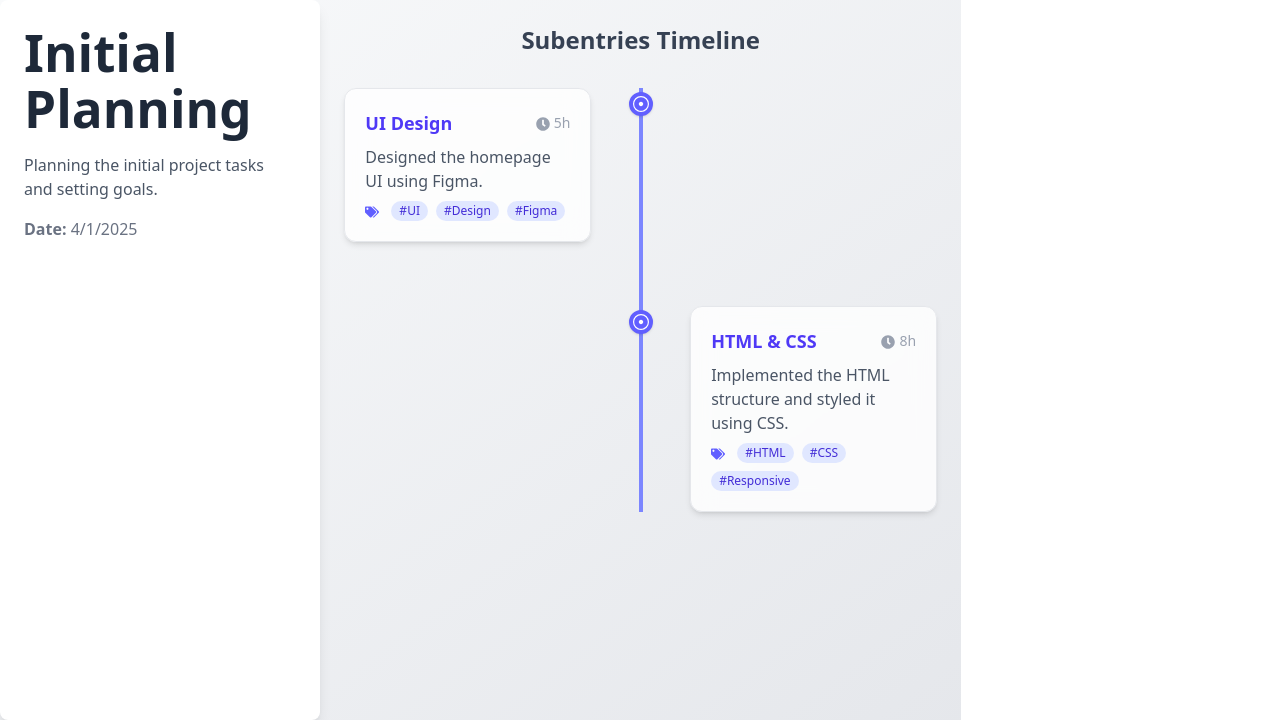
Repository: mohitagrawal0412/Workify
Page: /entryDetails (app in client/)
The author's editor kept a copy of each file at every save. The page is drawn from the files as they stood at one save, then again after the next save.
The browser window is 1280 px wide. The pictures show the whole page.
The project was rebuilt for these pictures with package versions that can differ from the ones it lists, and the page was loaded fresh each time. Also part of the build but not shown: client/vite.config.js, client/src/Components/Dashboard/Dashboard.jsx, client/src/Components/Dashboard/AllProjects.jsx, client/src/Components/Dashboard/ProjectDetails.jsx, client/src/Components/Dashboard/SubEntryDetails.jsx.

Above is the page before, as saved 2025-04-15 10:46:36.

### client/src/App.jsx
import './App.css';
import { BrowserRouter as Router, Routes, Route } from 'react-router-dom';
import Dashboard from './Components/Dashboard/Dashboard';
import AllProjects from './Components/Dashboard/AllProjects'; // adjust path as needed
import ProjectDetails from './Components/Dashboard/ProjectDetails'; // Add this import for the project details page
import EntryDetails from './Components/Dashboard/EntryDetails'; // Add this import for the entry details page
import SubEntryDetails from './Components/Dashboard/SubEntryDetails';

function App() {
  return (
    <Router>
      <Routes>
        {/* Route for Dashboard */}
        <Route path="/" element={<Dashboard />} />

        {/* Route for All Projects */}
        <Route path="/projects" element={<AllProjects />} />

        {/* Route for Project Details, assuming we are passing projectId */}
        <Route path="/projectDetails" element={<ProjectDetails />} />

        {/* Route for Entry Details, assuming we are passing entryId */}
        <Route path="/entryDetails" element={<EntryDetails />} />

        {/* Route for Entry Details, assuming we are passing entryId */}
        <Route path="/SubEntryDetails" element={<SubEntryDetails />} />
      </Routes>
    </Router>
  );
}

export default App;

### client/src/Components/Dashboard/EntryDetails.jsx
import React from "react";
import { useNavigate } from "react-router-dom";
import {
    FaDotCircle,
    FaClock,
    FaTags
} from "react-icons/fa";

const EntryDetails = () => {
    const navigate = useNavigate();

    const handleEntryClick = (subentry) => {
        navigate("/subEntryDetails", { state: { subentry } });
    };

    const entry = {
        title: "Initial Planning",
        description: "Planning the initial project tasks and setting goals.",
        date: "2025-04-01",
        subentries: [
            {
                workTitle: "UI Design",
                description: "Designed the homepage UI using Figma.",
                whatLearned: "Learned Figma and design principles for web.",
                tags: ["UI", "Design", "Figma"],
                notes: "Worked with the design team to finalize UI components.",
                attachments: ["https://figma.com/design-url", "homepage_mockup.png"],
                spentTime: 5,
            },
            {
                workTitle: "HTML & CSS",
                description: "Implemented the HTML structure and styled it using CSS.",
                whatLearned: "Improved HTML and CSS skills, including responsive design.",
                tags: ["HTML", "CSS", "Responsive"],
                notes: "Ensured compatibility across different browsers.",
                attachments: ["html_code_snippet.txt", "css_code_snippet.css"],
                spentTime: 8,
            },
        ],
    };

    return (
        <div className="h-screen flex overflow-hidden bg-gradient-to-br from-gray-50 to-gray-200">
            {/* Left Panel */}
            <div className="w-1/3 p-6 bg-white shadow-lg rounded-lg sticky top-0 h-screen overflow-y-auto">
                <h1 className="text-3xl font-bold text-gray-800 mb-4">{entry.title}</h1>
                <p className="text-gray-600 mb-4">{entry.description}</p>
                <p className="text-gray-500">
                    <strong>Date:</strong> {new Date(entry.date).toLocaleDateString()}
                </p>
            </div>

            {/* Right Panel */}
            <div className="w-2/3 p-6 overflow-y-auto h-screen">
                <h2 className="text-2xl font-semibold text-gray-700 mb-8 text-center">
                    Subentries Timeline
                </h2>

                <div className="relative">
                    {/* Vertical line */}
                    <div className="absolute left-1/2 transform -translate-x-1/2 h-full border-l-4 border-indigo-400"></div>

                    <div className="space-y-16">
                        {entry.subentries.map((sub, index) => {
                            const isLeft = index % 2 === 0;
                            return (
                                <div
                                    key={index}
                                    className={`relative flex ${isLeft ? "justify-start" : "justify-end"} w-full`}
                                    onClick={() => handleEntryClick(sub)}
                                >
                                    {/* Timeline Dot */}
                                    <div className="absolute top-1 left-1/2 transform -translate-x-1/2 z-10">
                                        <div className="w-6 h-6 bg-white border-4 border-indigo-500 rounded-full flex items-center justify-center shadow">
                                            <FaDotCircle className="text-indigo-500 text-sm" />
                                        </div>
                                    </div>

                                    {/* Card */}
                                    <div
                                        className={`w-5/12 p-5 bg-white/80 backdrop-blur-md border border-gray-200 rounded-xl shadow-md hover:shadow-xl transition-all duration-300 cursor-pointer ${isLeft ? "mr-auto" : "ml-auto"
                                            }`}
                                    >
                                        <div className="flex justify-between items-center mb-2">
                                            <h3 className="text-lg font-semibold text-indigo-600">
                                                {sub.workTitle}
                                            </h3>
                                            <span className="text-sm text-gray-400">
                                                <FaClock className="inline mr-1" />
                                                {sub.spentTime}h
                                            </span>
                                        </div>

                                        <p className="text-gray-600 mb-2">{sub.description}</p>

                                        {sub.tags?.length > 0 && (
                                            <div className="text-sm text-gray-700 flex flex-wrap gap-2">
                                                <FaTags className="text-indigo-500 mt-1 mr-1" />
                                                {sub.tags.map((tag, i) => (
                                                    <span
                                                        key={i}
                                                        className="bg-indigo-100 text-indigo-700 px-2 py-0.5 rounded-full text-xs"
                                                    >
                                                        #{tag}
                                                    </span>
                                                ))}
                                            </div>
                                        )}
                                    </div>
                                </div>
                            );
                        })}
                    </div>
                </div>
            </div>
        </div>
    );
};

export default EntryDetails;

Loaded but not shown: client/index.html (common file); client/src/main.jsx (common file); client/src/index.css (common file); client/src/App.css (common file)

After the next save:
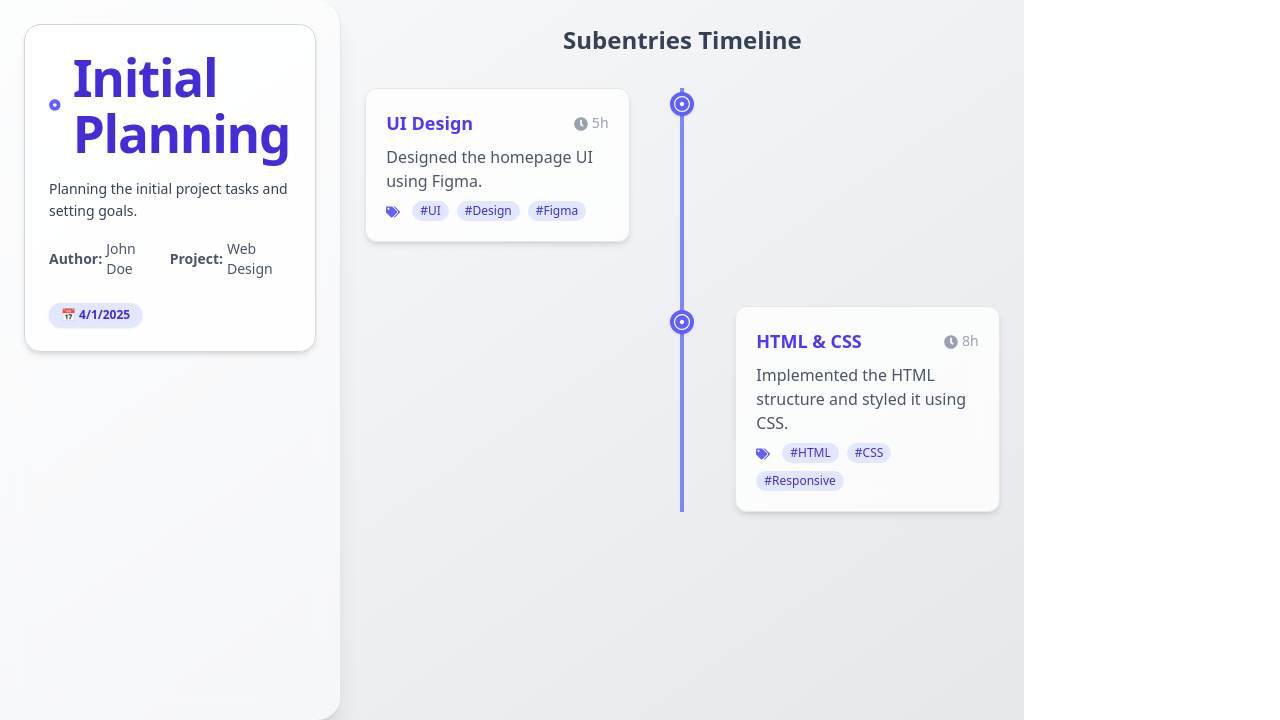
Saved 3 min 13 s later.
--- a/client/src/Components/Dashboard/EntryDetails.jsx
+++ b/client/src/Components/Dashboard/EntryDetails.jsx
@@ -42,13 +42,40 @@ const EntryDetails = () => {
     return (
         <div className="h-screen flex overflow-hidden bg-gradient-to-br from-gray-50 to-gray-200">
             {/* Left Panel */}
-            <div className="w-1/3 p-6 bg-white shadow-lg rounded-lg sticky top-0 h-screen overflow-y-auto">
-                <h1 className="text-3xl font-bold text-gray-800 mb-4">{entry.title}</h1>
-                <p className="text-gray-600 mb-4">{entry.description}</p>
-                <p className="text-gray-500">
-                    <strong>Date:</strong> {new Date(entry.date).toLocaleDateString()}
-                </p>
+            <div className="w-full lg:w-1/3 sticky top-0 h-screen overflow-y-auto p-6 bg-white/50 backdrop-blur-md border-r border-gray-200 shadow-xl rounded-r-3xl transition-all duration-500 ease-in-out">
+                <div className="p-6 bg-white/80 border border-gray-300 rounded-2xl shadow-md">
+                    {/* Title with Icon */}
+                    <div className="flex items-center gap-3 mb-4">
+                        <FaDotCircle className="text-indigo-500 text-xl" />
+                        <h1 className="text-3xl font-extrabold text-indigo-700 tracking-tight">
+                            {entry.title}
+                        </h1>
+                    </div>
+
+                    {/* Description */}
+                    <p className="text-gray-700 mb-4 text-sm leading-relaxed">
+                        {entry.description}
+                    </p>
+
+                    {/* Author / Project Meta */}
+                    <div className="flex items-center gap-4 text-sm text-gray-600 mt-4">
+                        <div className="flex items-center gap-1">
+                            <span className="font-semibold">Author:</span> John Doe
+                        </div>
+                        <div className="flex items-center gap-1">
+                            <span className="font-semibold">Project:</span> Web Design
+                        </div>
+                    </div>
+
+                    {/* Date Badge */}
+                    <div className="mt-6 flex items-center gap-2">
+                        <span className="inline-block px-3 py-1 bg-indigo-100 text-indigo-700 text-xs font-semibold rounded-full shadow-sm">
+                            📅 {new Date(entry.date).toLocaleDateString()}
+                        </span>
+                    </div>
+                </div>
             </div>
+
 
             {/* Right Panel */}
             <div className="w-2/3 p-6 overflow-y-auto h-screen">
